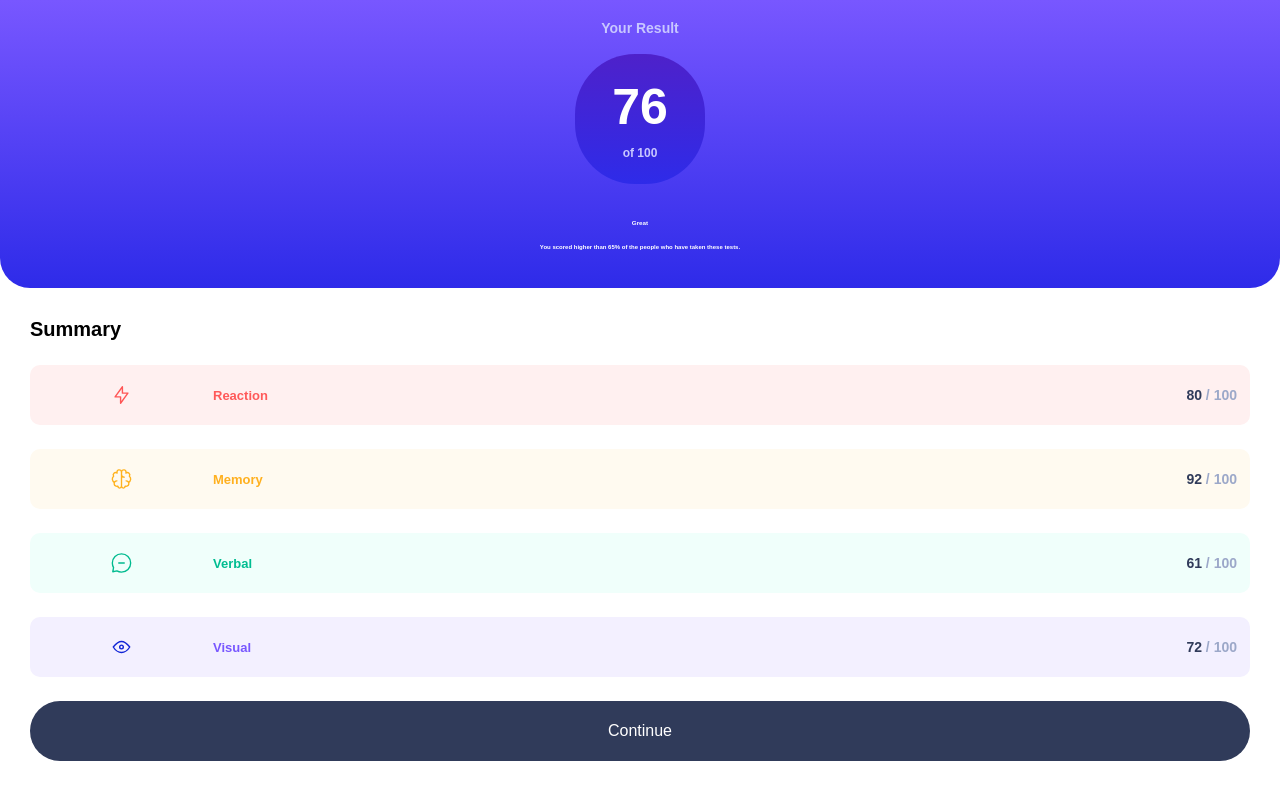
Repository: limaneto/frontend-mentor-results-summary
Page: index.html
These files come from the project's save history. The page is drawn as it stood at one moment and after the next save; the edit follows.
The browser window is 1280 px wide. The pictures show the whole page.

Above is the page before, as saved 2023-11-06 10:07:37.

### index.html
<!DOCTYPE html>
<html lang="en">
  <head>
    <meta charset="UTF-8">
    <meta name="viewport" content="width=device-width, initial-scale=1.0">
    <link rel="stylesheet" href="style.css">
  </head>
  <body>
    <main>
      <section id='result'>
        <h1>Your Result</h1>
        <span id='score'>
          <h2>76</h2>
          <h3>of 100</h3>
        </span>
        <p>
          <h4>Great</h4>
          <h5>You scored higher than 65% of the people who have taken these tests.</h5>
        </p>
      </section>
      <summary>
        <h2>Summary</h2>
        <ul>
          <li id='reaction'>
            <img id='icons' src="./assets/images/icon-reaction.svg" alt="Lightning">
            Reaction
            <span>
              80 <span>/ 100</span>
            </span>
          </li>
          <li id='memory'>
            <img id='icons' src="./assets/images/icon-memory.svg" alt="Brain">
            Memory
            <span>
              92 <span>/ 100</span>
            </span>
          </li>
          <li id='verbal'>
            <img id='icons' src="./assets/images/icon-verbal.svg" alt="Cloud">
            Verbal
            <span>
              61 <span>/ 100</span>
            </span>
          </li>
          <li id='visual'>
            <img id='icons' src="./assets/images/icon-visual.svg" alt="Eye">
            Visual
            <span>
              72 <span>/ 100</span>
            </span>
          </li>
        </ul>
        <button>Continue</button>
      </summary>
    </main>
  </body>
</html>

### style.css
:root {
  --red: #ff5959;
  --orangey:	#ffb01f;
  --green: #00bd91;
  --blue: #1125d4;
  --pale-blue: #ebf1ff;
  --white: #ffffff;
  --dark-gray-blue: #303b5a;
  --lavender: #c8c7ff;
  --g-slate-blue: #7857ff;
  --g-royal-blue: #2e2be9;
  --g-violet-blue: #4e21ca;
  --g-persian-blue: #2421ca;
}

@font-face {
  font-family: 'HankenGrotesk', sans-serif;
  src: url(./assets/fonts//HankenGrotesk-VariableFont_wght.ttf);
}

* {
  box-sizing: border-box;
  margin: 0;
  padding: 0;
}

html, body {
  font-size: 62.5%;
  font-family: 'HankenGrotesk', sans-serif;
  height: 100vh;
  width: 100vw;
}

li {
  display: block;
}

main {
  height: 100%;
  width: 100%;
}

section {
  display: flex;
  flex-direction: column;
  align-items: center;
  justify-content: space-between;
  padding: 2.0rem;
  height: 40%;
  background: linear-gradient(0deg, var(--g-royal-blue), var(--g-slate-blue));
  border-bottom-left-radius: 30px;
  border-bottom-right-radius: 30px;
  color: var(--white);
}

section > h1 {
  font-size: 1.4rem;
  color: var(--lavender);
}

#score {
  display: flex;
  flex-direction: column;
  justify-content: center;
  gap: 10px;
  text-align: center;
  height: 130px;
  width: 130px;
  border-radius: 6rem;
  background: linear-gradient(180deg, var(--g-violet-blue), var(--g-royal-blue));
}

#score > h2 {
  font-size: 2rem;
  font-size: 5rem;
}

#score > h3 {
  font-size: 1.2rem;
  color: var(--lavender);
}

section p > h4 {
  font-size: 2rem;
}

summary {
  padding: 30px;
}

summary > h2 {
  font-size: 2rem;
}

summary > ul > li {
  font-size: 1.3rem;
  font-weight: bold;
  display: flex;
  align-items: center;
  width: 100%;
  height: 60px;
  border-radius: 10px;
  background-color: #00bd91;
  margin: 24px 0;
}

#reaction {
  color: var(--red);
  background-color: hsl(0, 100%, 97%);
}

#memory {
  color: var(--orangey);
  background-color: hsl(39, 100%, 97%);
}

#verbal {
  color: var(--green);
  background-color: hsl(166, 100%, 97%);
}

#visual {
  color: var(--g-slate-blue);
  background-color: hsl(252, 100%, 97%);
}

#icons {
  width: 15%;
  height: 2.2rem;
}

li > span {
  color: var(--dark-gray-blue);
  font-size: 1.4rem;
  margin-right: 1.3rem;
  margin-left: auto;
}

li > span > span {
  color: hsl(224, 30%, 70%);
}

summary > button {
  background-color: var(--dark-gray-blue);
  width: 100%;
  height: 60px;
  color: var(--white);
  border: none;
  border-radius: 3.2rem;
  font-size: 1.6rem;
}

After the next save:
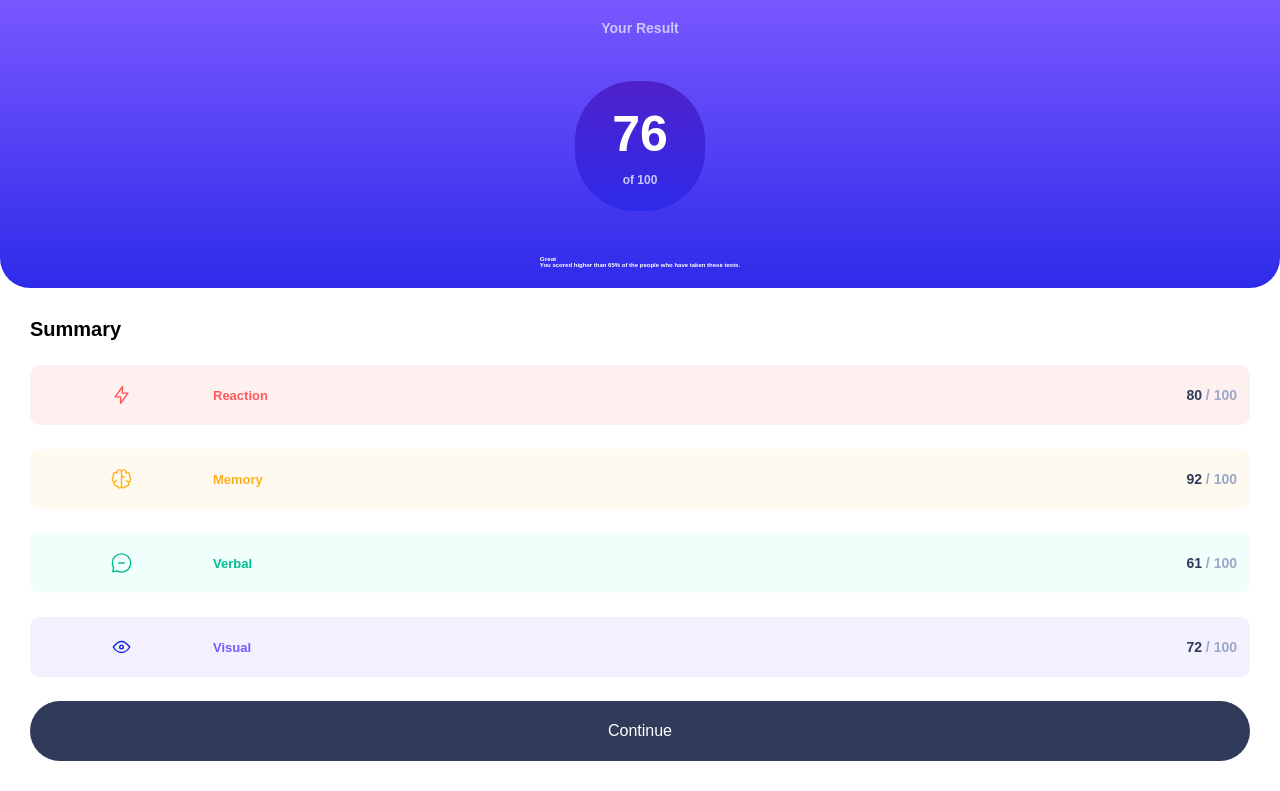
Saved 108 s later.
--- a/index.html
+++ b/index.html
@@ -13,10 +13,10 @@
           <h2>76</h2>
           <h3>of 100</h3>
         </span>
-        <p>
+        <span>
           <h4>Great</h4>
           <h5>You scored higher than 65% of the people who have taken these tests.</h5>
-        </p>
+        </span>
       </section>
       <summary>
         <h2>Summary</h2>
